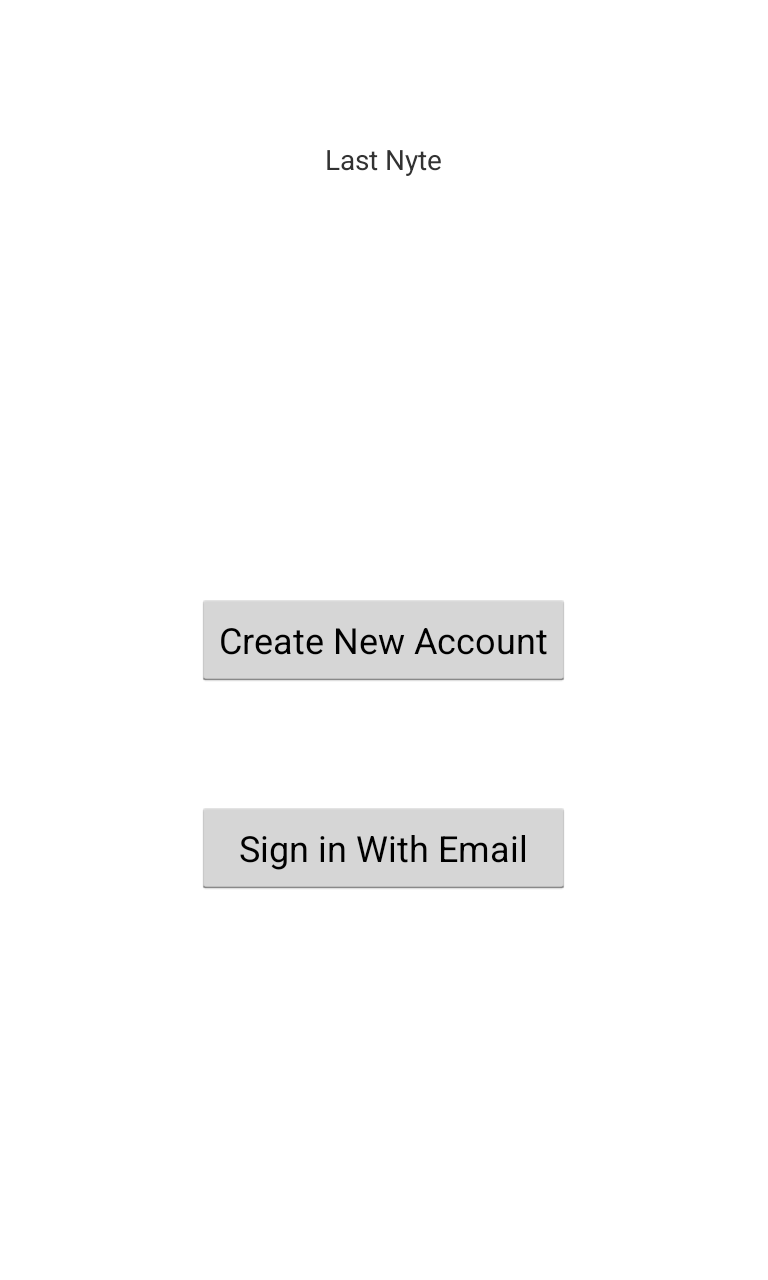
Repository: NarenPamza/Android_Template
Layout: LastNightParty/res/layout/activity_main.xml
The author's editor kept a copy of each file at every save. The layout is drawn from the files as they stood at one save, then again after the next save.
It is drawn on a 768 x 1280 px phone screen (xhdpi) without system bars, with theme AppTheme; the app's code is not run. The app's manifest (not shown) leaves right-to-left support off. So textAlignment, textDirection and layoutDirection are ignored, and left and right values win over start and end ones.

Above is the layout before, as saved 2015-12-25 15:07:26.

After the next save:
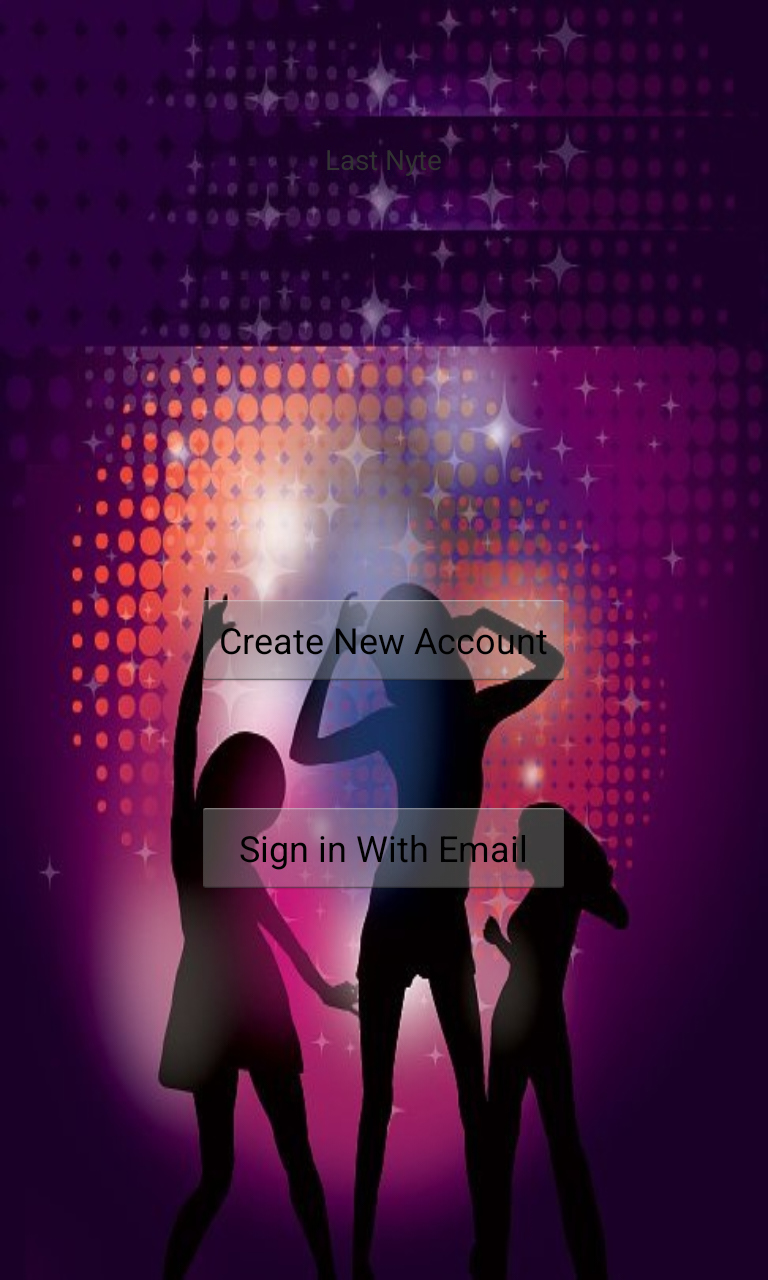
Saved 20 h 48 min later.
--- a/LastNightParty/res/layout/activity_main.xml
+++ b/LastNightParty/res/layout/activity_main.xml
@@ -6,6 +6,7 @@
     android:paddingLeft="@dimen/activity_horizontal_margin"
     android:paddingRight="@dimen/activity_horizontal_margin"
     android:paddingTop="@dimen/activity_vertical_margin"
+    android:background="@drawable/party_night"
     tools:context="com.androidParty.lastnightparty.MainActivity" >
 
     <Button
